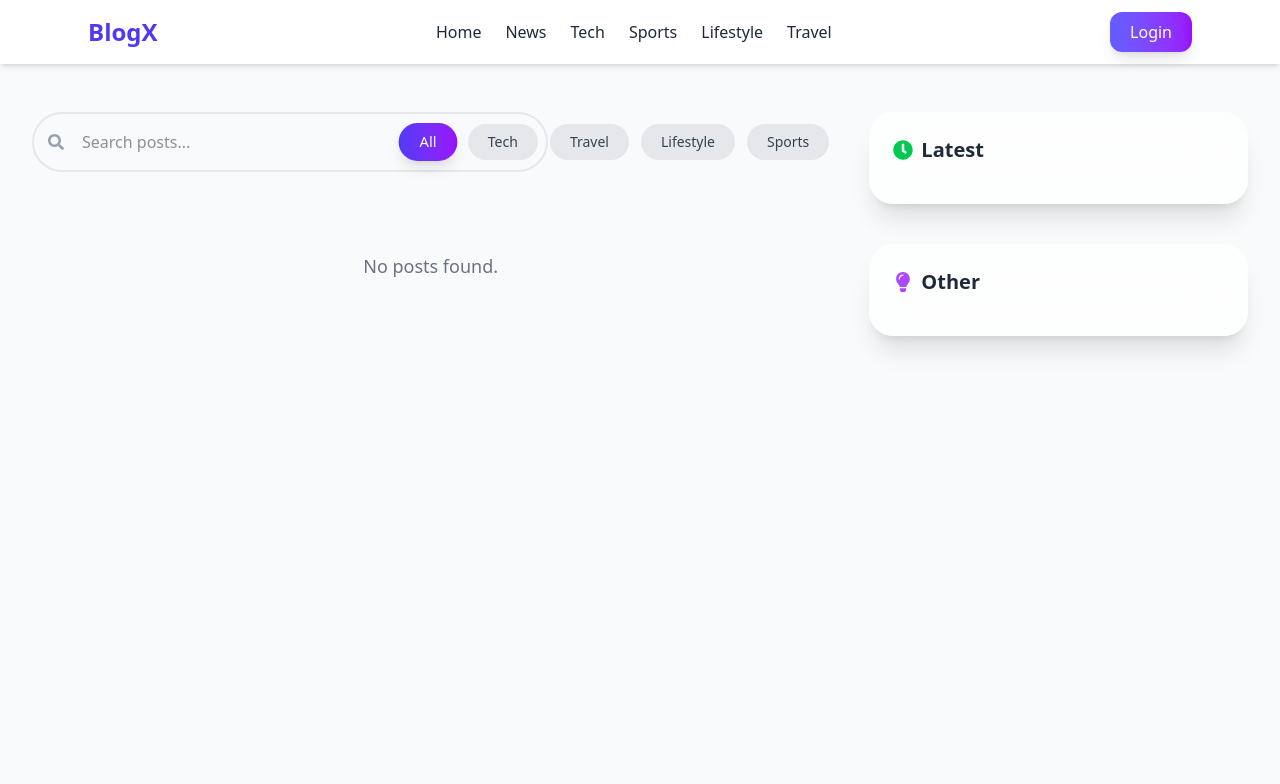
Repository: kundanchouhan12/BlogX
Page: / (app in blogx-Frontend/)
An editor plug-in stored every save of this project. The page is shown before and after the next save, followed by the edit.
The browser window is 1280 px wide. The pictures show the whole page.
The page's requests for data from a server got no answer. The project was rebuilt for these pictures with package versions that can differ from the ones it lists, and the page was loaded fresh each time. No one was signed in, and anything a server would have sent is missing. Also part of the build but not shown: blogx-Frontend/vite.config.js, blogx-Frontend/src/components/LoginPopup.jsx, blogx-Frontend/src/pages/Login.jsx, blogx-Frontend/src/pages/Signup.jsx, blogx-Frontend/src/pages/CreatePost.jsx, blogx-Frontend/src/components/PrivateRoute.jsx, blogx-Frontend/src/pages/BlogDetails.jsx.

Above is the page before, as saved 2025-09-18 22:35:25.

After the next save:
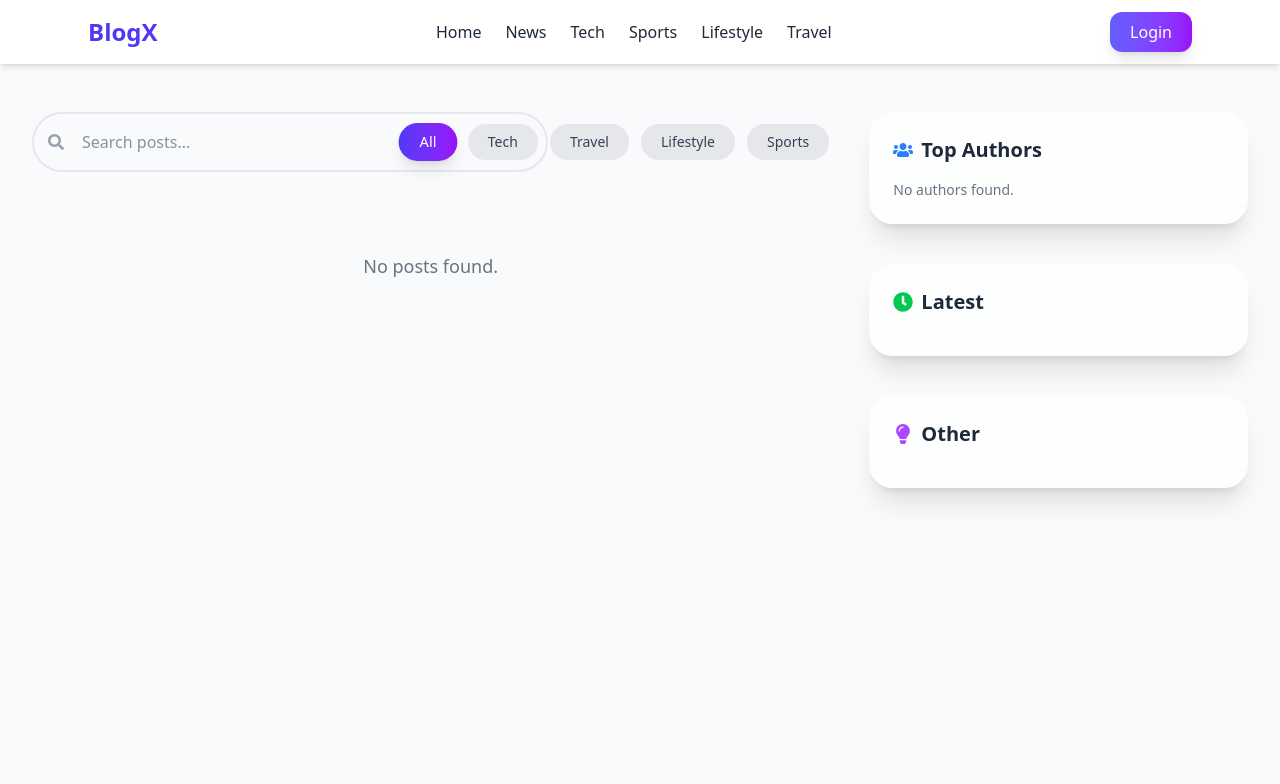
Saved 3 min 55 s later.
--- a/blogx-Frontend/src/pages/Home.jsx
+++ b/blogx-Frontend/src/pages/Home.jsx
@@ -8,18 +8,16 @@ import {
   FaArrowRight,
   FaFeatherAlt,
   FaUsers,
-  FaEnvelope,
-  FaFire,
+  FaClock,
+  FaLightbulb,
   FaChevronLeft,
   FaChevronRight,
-  FaClock,
-  FaLightbulb,
 } from "react-icons/fa";
 
 // Hero Slider
 function HeroSlider({ posts }) {
   const [current, setCurrent] = useState(0);
-  const total = posts?.length || 0; // safe check
+  const total = posts?.length || 0;
   const intervalRef = useRef(null);
 
   useEffect(() => {
@@ -110,6 +108,8 @@ export default function Home() {
   const [visiblePostsCount, setVisiblePostsCount] = useState(5);
   const postsToLoad = 5;
 
+  const [authors, setAuthors] = useState([]); // Authors state
+
   useEffect(() => {
     fetchPosts();
   }, []);
@@ -120,6 +120,17 @@ export default function Home() {
       return () => clearTimeout(timer);
     }
   }, [user]);
+
+  // Fetch authors from backend API
+  useEffect(() => {
+    fetch("http://localhost:8080/api/users")
+      .then((res) => res.json())
+      .then((data) => {
+        const sortedAuthors = data.sort((a, b) => (b.postsCount || 0) - (a.postsCount || 0));
+        setAuthors(sortedAuthors);
+      })
+      .catch((err) => console.error("Error fetching authors:", err));
+  }, []);
 
   const handleFilterChange = (type, value) => {
     if (type === "category") setActiveCategory(value);
@@ -143,11 +154,11 @@ export default function Home() {
 
   return (
     <div className="bg-gray-50 min-h-screen font-sans pb-12 flex flex-col">
-      {/* Pass the correct prop name */}
       <HeroSlider posts={trendingPosts} />
 
       <div className="max-w-7xl mx-auto px-4 sm:px-6 lg:px-8 flex-grow w-full mt-12">
         <div className="grid grid-cols-1 lg:grid-cols-3 gap-10">
+          {/* Main content */}
           <div className="lg:col-span-2 space-y-10">
             {/* Search & Category */}
             <div className="flex flex-col md:flex-row md:items-center gap-4">
@@ -157,9 +168,7 @@ export default function Home() {
                   type="text"
                   placeholder="Search posts..."
                   value={search}
-                  onChange={(e) =>
-                    handleFilterChange("search", e.target.value)
-                  }
+                  onChange={(e) => handleFilterChange("search", e.target.value)}
                   className="w-full p-4 pl-12 pr-6 border-2 border-gray-200 rounded-full focus:ring-2 focus:ring-indigo-500 focus:border-indigo-500 transition-all duration-300"
                 />
               </div>
@@ -241,6 +250,26 @@ export default function Home() {
 
           {/* Sidebar */}
           <div className="space-y-10 hidden lg:block">
+            {/* Authors Section */}
+            <div className="backdrop-blur-xl bg-white/70 shadow-xl rounded-3xl p-6 max-h-[300px] overflow-y-auto scrollbar-thin scrollbar-thumb-blue-400 hover:scrollbar-thumb-blue-600">
+              <h3 className="text-xl font-bold mb-4 text-gray-800 flex items-center gap-2">
+                <FaUsers className="text-blue-500" /> Top Authors
+              </h3>
+              {authors.length > 0 ? (
+                authors.map((a) => (
+                  <div
+                    key={a.id}
+                    className="flex justify-between items-center p-2 hover:bg-blue-50 rounded-lg transition-all"
+                  >
+                    <span className="font-medium text-gray-800">{a.username}</span>
+                    <span className="text-sm text-gray-500">{a.postsCount || 0} posts</span>
+                  </div>
+                ))
+              ) : (
+                <p className="text-gray-500 text-sm">No authors found.</p>
+              )}
+            </div>
+
             {/* Recent Posts */}
             <div className="backdrop-blur-xl bg-white/70 shadow-xl rounded-3xl p-6 max-h-[300px] overflow-y-auto scrollbar-thin scrollbar-thumb-green-400 hover:scrollbar-thumb-green-600">
               <h3 className="text-xl font-bold mb-4 text-gray-800 flex items-center gap-2">
@@ -252,13 +281,12 @@ export default function Home() {
                   to={`/posts/${p.id}`}
                   className="block p-3 rounded-lg hover:bg-green-50 transition-all"
                 >
-                  <p className="text-gray-800 font-medium line-clamp-2">
-                    {p.title}
-                  </p>
+                  <p className="text-gray-800 font-medium line-clamp-2">{p.title}</p>
                   <span className="text-xs text-gray-500">By {p.username}</span>
                 </Link>
               ))}
             </div>
+
             {/* Suggested Posts */}
             <div className="backdrop-blur-xl bg-white/70 shadow-xl rounded-3xl p-6 max-h-[300px] overflow-y-auto scrollbar-thin scrollbar-thumb-purple-400 hover:scrollbar-thumb-purple-600">
               <h3 className="text-xl font-bold mb-4 text-gray-800 flex items-center gap-2">
@@ -270,9 +298,7 @@ export default function Home() {
                   to={`/posts/${p.id}`}
                   className="block p-3 rounded-lg hover:bg-purple-50 transition-all"
                 >
-                  <p className="text-gray-800 font-medium line-clamp-2">
-                    {p.title}
-                  </p>
+                  <p className="text-gray-800 font-medium line-clamp-2">{p.title}</p>
                   <span className="text-xs text-gray-500">By {p.username}</span>
                 </Link>
               ))}
